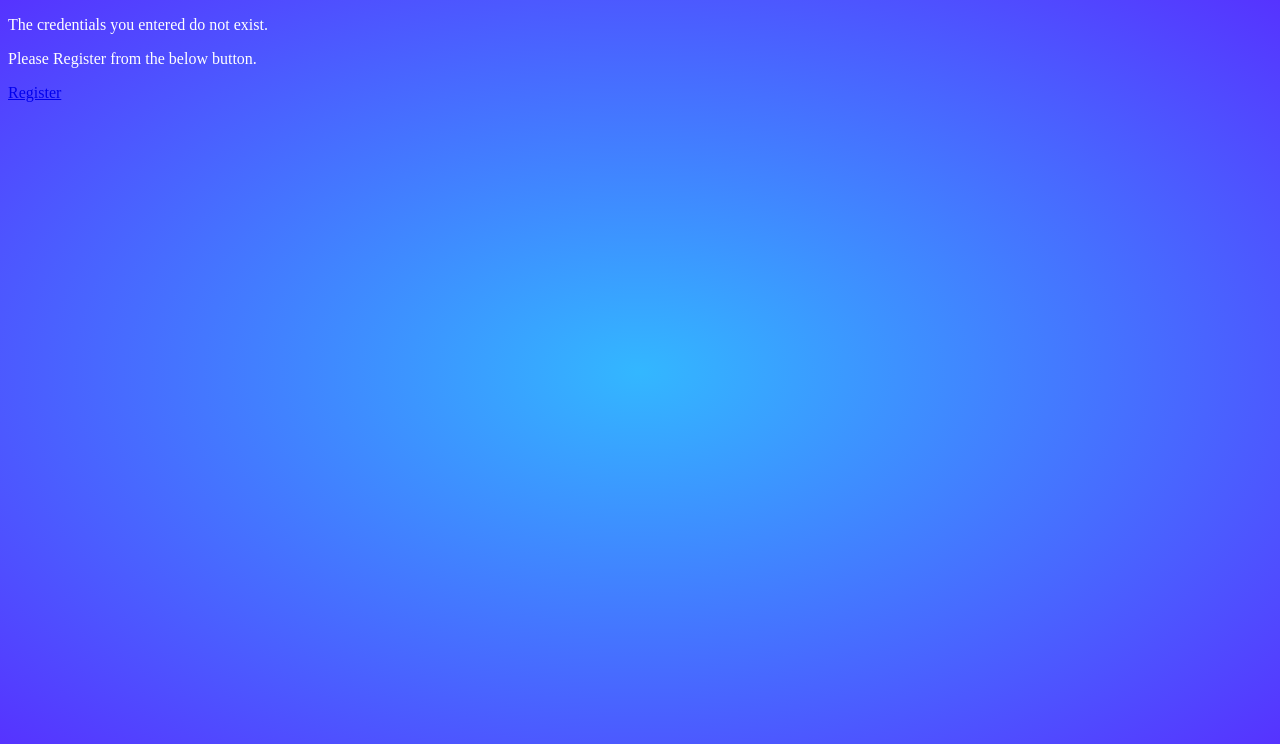
Repository: ShreyasG27/Amdocs-Training
Page: http://localhost/elearning-frontend/invalidlogin.jsp
These files come from the project's save history. The page is drawn as it stood at one moment and after the next save; the edit follows.
The browser window is 1280 px wide. The pictures show the whole page.
The page is served by Tomcat 9. Nobody is signed in. The application's start-up code is not run. Other server files are loaded and not shown.

Above is the page before, as saved 2021-08-22 15:21:07.

### elearning-frontend/WebContent/invalidlogin.jsp
<%@ page language="java" contentType="text/html; charset=ISO-8859-1"
    pageEncoding="ISO-8859-1"%>
<!DOCTYPE html PUBLIC "-//W3C//DTD HTML 4.01 Transitional//EN" "http://www.w3.org/TR/html4/loose.dtd">
<html>
<head>
<meta http-equiv="Content-Type" content="text/html; charset=ISO-8859-1">
<title>Invalid Login credentials</title>
<style>
body{
	background-image: radial-gradient(#33B7FF,#5633ff);
	color: white;
	height: 100vh;
}
.heading{
font-size:40px;
margin-top: 50px;
}
.submitbutton{
	margin-left:420px;
	padding:8px;
	font-size:20px;
	color: midnightblue;
	background-color:lightblue;
	border-radius:5px;
	margin-top: 20px;
}
.submitbutton:hover{
	margin-left:420px;
	padding:8px;
	font-size:20px;
	color: midnightblue;
	background-color:cyan;
	border-radius:5px;
	margin-top: 20px;
}
.inputfld{
	margin-left: 430px;
	padding: 5px;
	broder-radius:10px;
	font-size:12px;
	width:30%;
}
.inputfld1{
	margin-left: 438px;
	padding: 5px;
	broder-radius:10px;
	font-size:12px;
	width:30%;
}
.inputfld2{
	margin-left: 438px;
	padding: 5px;
	broder-radius:10px;
	font-size:12px;
	width:30%;
}
.txtfld{
	font-size:20px;
	margin-left:440px;
}
ul {
  list-style-type: none;
  margin: 0;
  padding: 0;
  overflow: hidden;
  background-color: #333;
}

li {
  float: left;
}

li a {
  display: block;
  color: white;
  text-align: center;
  padding: 14px 16px;
  text-decoration: none;
}

li a:hover:not(.active) {
  background-color: #111;
}

.active {
  background-color: #04AA6D;
}
</style>
</head>
<body>
<p>The credentials you entered do not exist.</p>
<p>Please Register from the below button.</p>

<a href="register.jsp">Register</a>
</body>
</html>

After the next save:
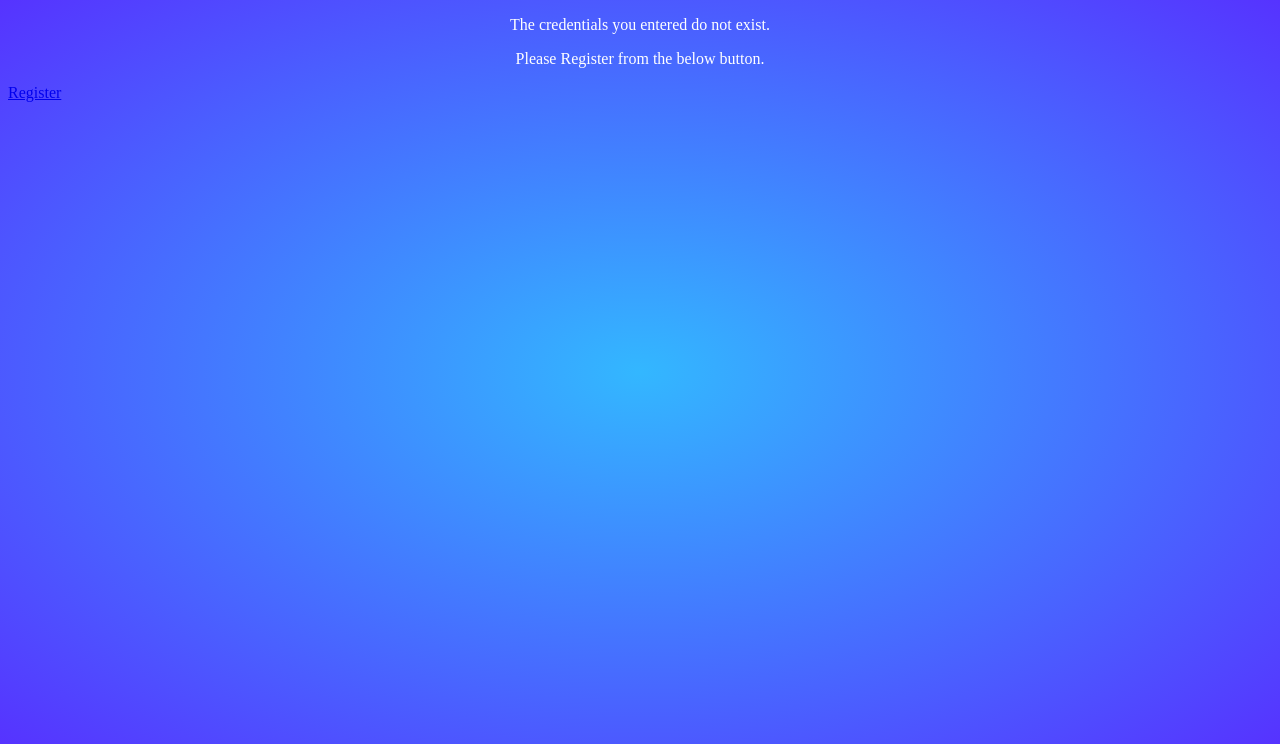
Saved 33 s later.
--- a/elearning-frontend/WebContent/invalidlogin.jsp
+++ b/elearning-frontend/WebContent/invalidlogin.jsp
@@ -88,8 +88,8 @@ li a:hover:not(.active) {
 </style>
 </head>
 <body>
-<p>The credentials you entered do not exist.</p>
-<p>Please Register from the below button.</p>
+<center><p>The credentials you entered do not exist.</p></center>
+<center><p>Please Register from the below button.</p></center>
 
 <a href="register.jsp">Register</a>
 </body>
